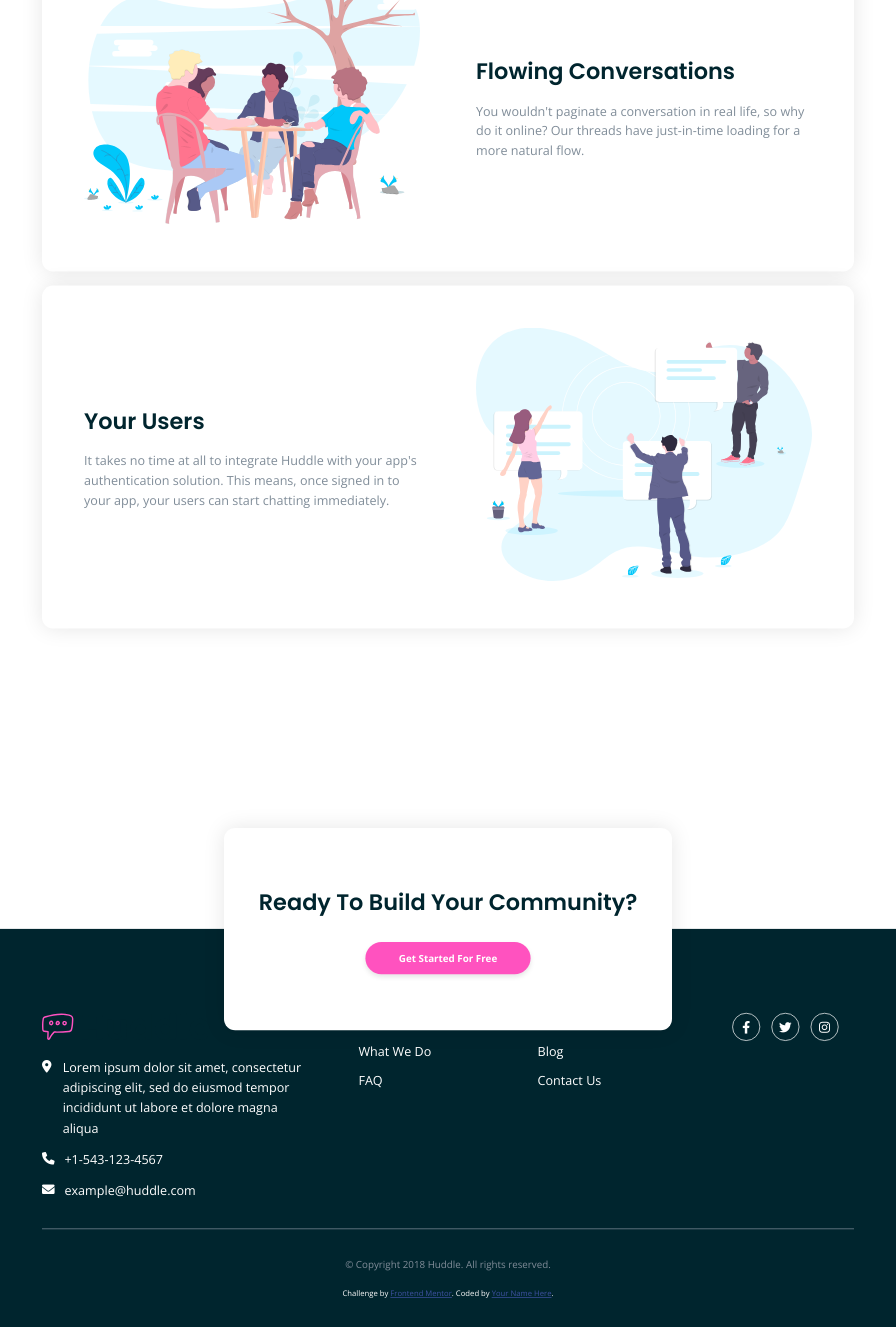
Repository: blordeus/huddle-landing-page
Page: index.html
The author's editor kept a copy of each file at every save. The page is drawn from the files as they stood at one save, then again after a run of saves.
The browser window is 1280 px wide. The pictures show the part of the page from y = 1430 to 3350 px (the page is 3326 px tall before and 3350 px after), at 70% of full size.

Above is the page before, as saved 2025-07-01 11:14:56.

After the next 5 saves:
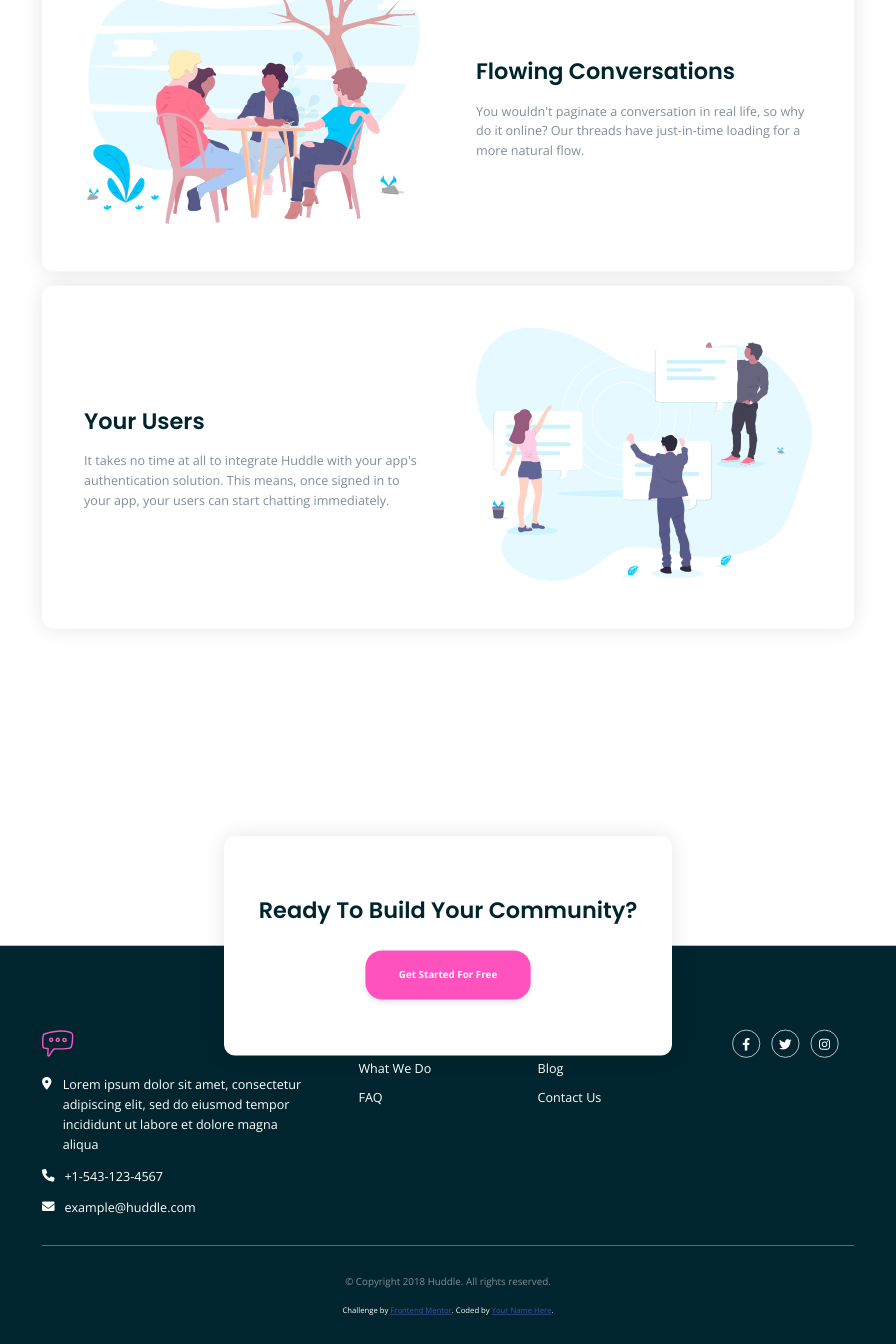
The 5 saves are shown as one change because they came seconds apart.
The last was saved 16 s later.
--- a/styles.css
+++ b/styles.css
@@ -169,7 +169,7 @@
     .cta a {
       background: hsl(322, 100%, 66%);
       color: white;
-      padding: 12px 48px;
+      padding: 24px 48px;
       border-radius: 24px;
       font-family: 'Open Sans', sans-serif;
       font-weight: 700;
